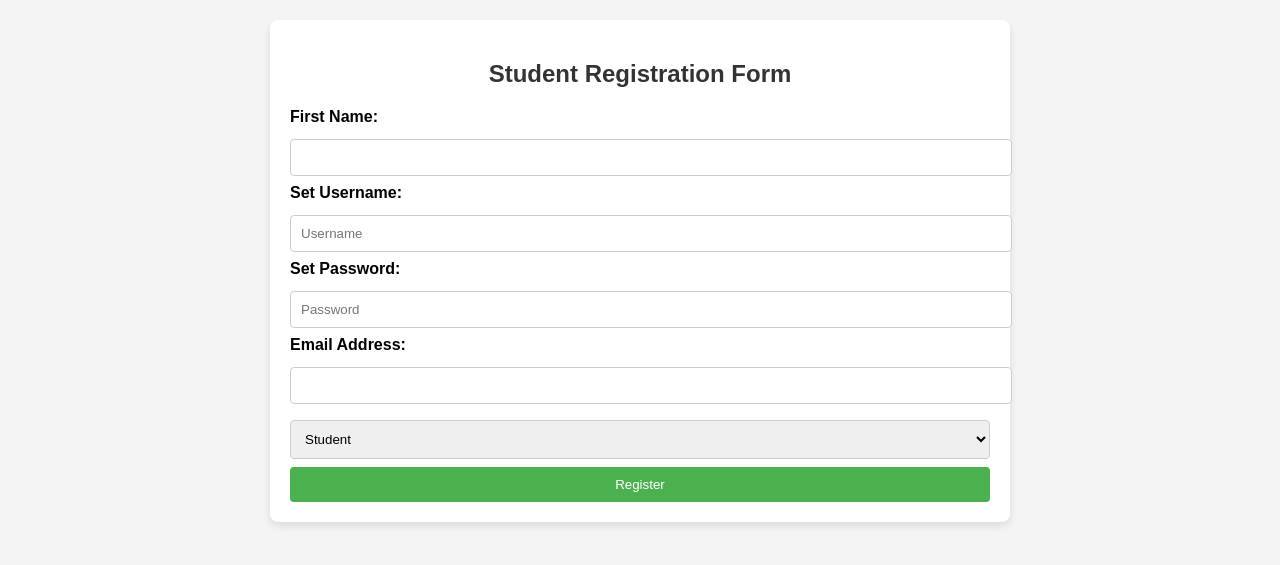
Repository: kkale14/My_allpr
Page: Kalyani1/src/main/webapp/Registration.html
These files come from the project's save history. The page is drawn as it stood at one moment and after the next save; the edit follows.
The browser window is 1280 px wide. The pictures show the whole page.

Above is the page before, as saved 2025-03-03 16:50:00.

### Kalyani1/src/main/webapp/Registration.html
<!DOCTYPE html>
<html>
<head>
<meta charset="UTF-8">


 <html lang="en">


    <meta name="viewport" content="width=device-width, initial-scale=1.0">
    <title>Student Registration Form</title>
    <style>
        body {
            font-family: Arial, sans-serif;
            background-color: #f4f4f4;
            margin: 0;
            padding: 20px;
        }
        .container {
            max-width: 700px;
            margin: auto;
            padding: 20px;
            background-color: white;
            border-radius: 8px;
            box-shadow: 0 4px 8px rgba(0, 0, 0, 0.1);
        }
        h2 {
            text-align: center;
            color: #333;
        }
        label {
            font-weight: bold;
            display: block;
            margin-bottom: 5px;
        }
        input[type="password"],input[type="mob"],input[type="text"], input[type="email"], input[type="date"], select, textarea {
            width: 100%;
            padding: 10px;
            margin: 8px 0;
            border: 1px solid #ccc;
            border-radius: 4px;
        }
        textarea {
            resize: vertical;
        }
        button {
            width: 100%;
            padding: 10px;
            background-color: #4CAF50;
            color: white;
            border: none;
            border-radius: 4px;
            cursor: pointer;
        }
        button:hover {
            background-color: #45a049;
        }
    </style>
</head>
<body>
    <div class="container">
        <h2>Student Registration Form</h2>
        <form action="/submit_registration" method="POST">
            <!-- Personal Information Section -->



            <label for="first_name">First Name:</label>
            <input type="text" id="first_name" name="first_name" required>



            <label for="username">Set Username:</label>
             <input type="text" id="username" name="username" class="input-field" placeholder="Username" required>


             <label for="password">Set Password:</label>
            <input type="password" id="password" name="password" class="input-field" placeholder="Password" required>


            <label for="email">Email Address:</label>
            <input type="email" id="email" name="email" required>


             <select id="userType" name="userType" class="input-field">
                    <option value="student">Student</option>
                    <option value="admin">Admin</option>
                </select>


            <!-- Submit Button -->
            <button type="submit" value="Submit">Register</button>


        </form>
    </div>
</body>
</html>

After the next save:
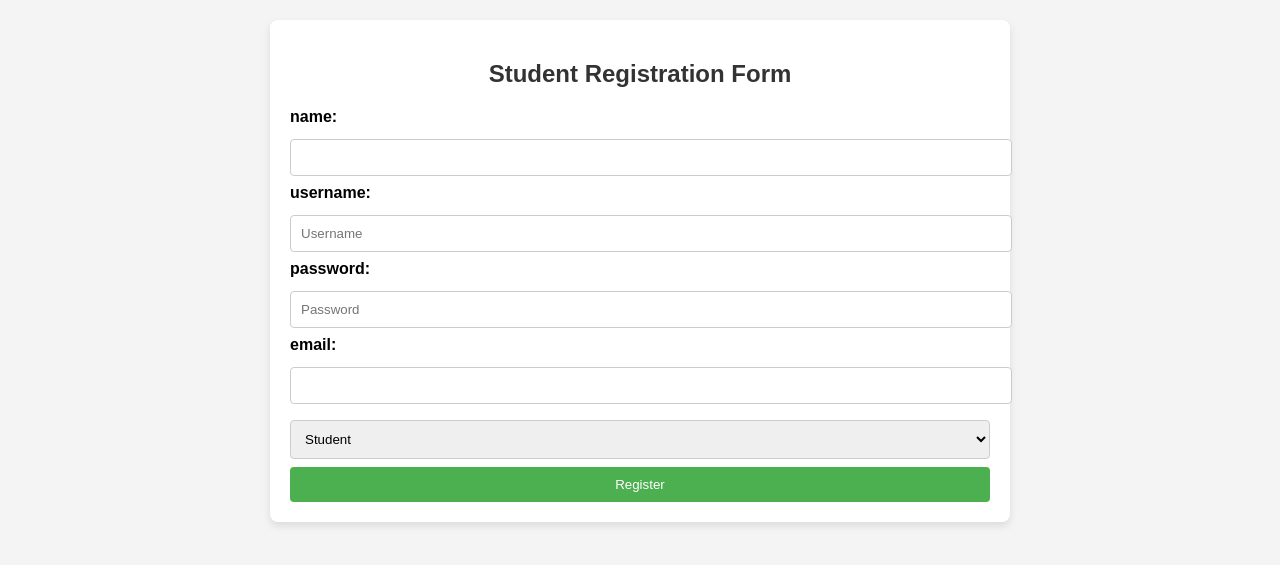
Saved 67 s later.
--- a/Kalyani1/src/main/webapp/Registration.html
+++ b/Kalyani1/src/main/webapp/Registration.html
@@ -65,20 +65,20 @@
 
 
 
-            <label for="first_name">First Name:</label>
+            <label for="first_name">name:</label>
             <input type="text" id="first_name" name="first_name" required>
 
 
 
-            <label for="username">Set Username:</label>
+            <label for="username">username:</label>
              <input type="text" id="username" name="username" class="input-field" placeholder="Username" required>
 
 
-             <label for="password">Set Password:</label>
+             <label for="password">password:</label>
             <input type="password" id="password" name="password" class="input-field" placeholder="Password" required>
 
 
-            <label for="email">Email Address:</label>
+            <label for="email">email:</label>
             <input type="email" id="email" name="email" required>
 
 
